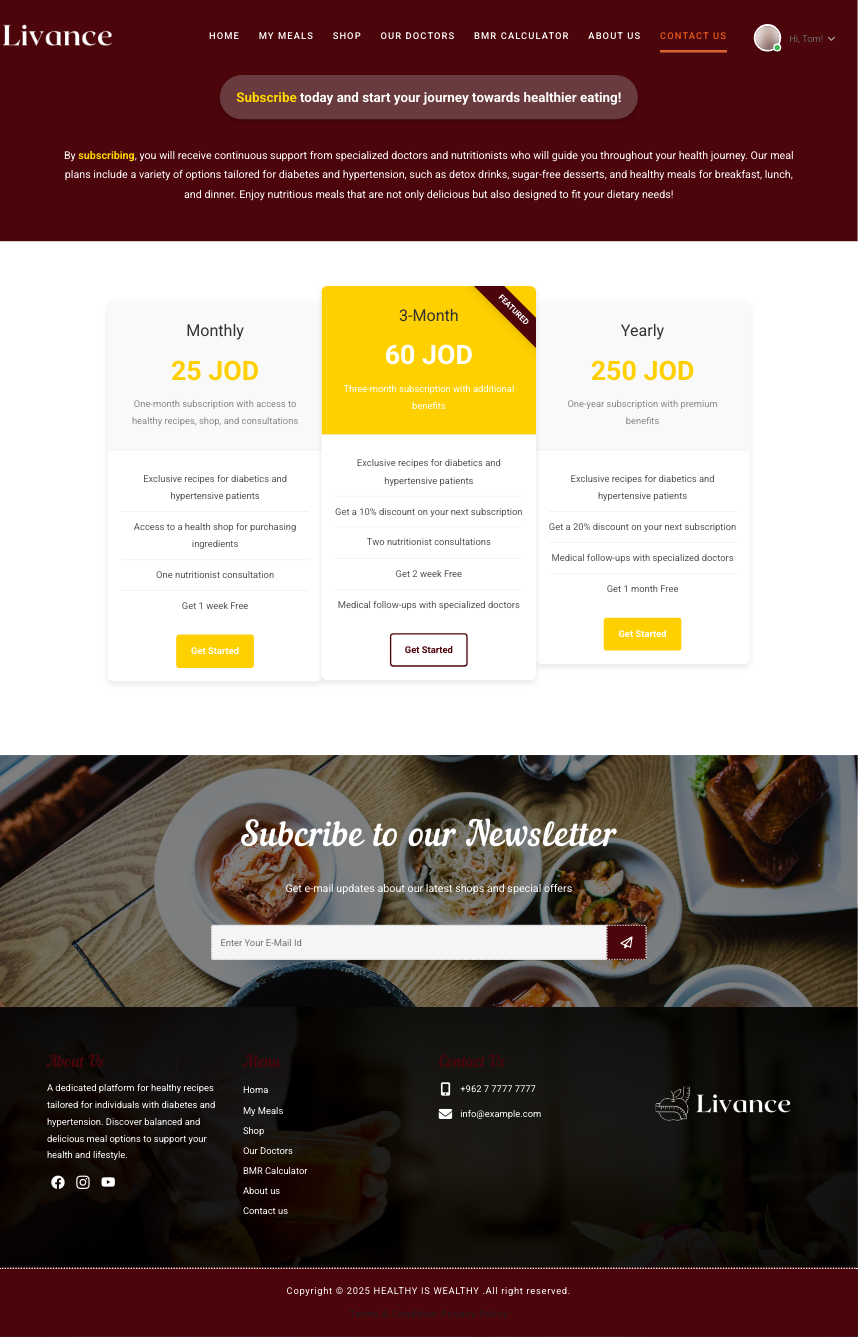
Repository: Surahailat/masterpiece
Page: masterpiece-p1/subsecribe.html
An editor plug-in stored every save of this project. The page is shown before and after the next save, followed by the edit.
The browser window is 1280 px wide. The pictures show the whole page, at 67% of full size.
Backgrounds fixed to the window are drawn as part of the page. Some web fonts or font styles are not loaded; a fallback is used. Some web libraries are served in a nearby version.

Above is the page before, as saved 2025-02-12 22:01:55.

After the next save:
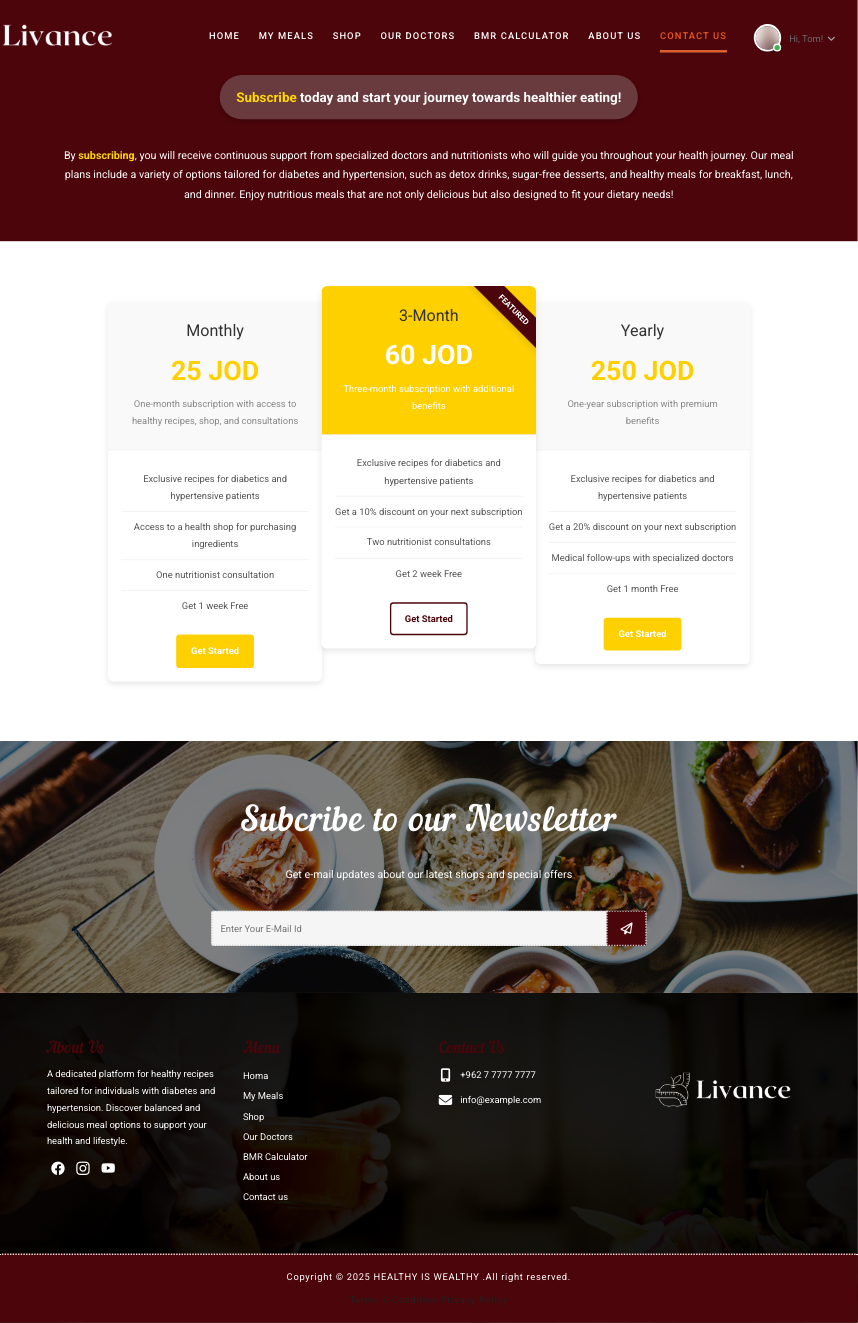
Saved 4 s later.
--- a/masterpiece-p1/subsecribe.html
+++ b/masterpiece-p1/subsecribe.html
@@ -166,7 +166,6 @@
                     <li>Get a 10% discount on your next subscription</li>
                     <li>Two nutritionist consultations</li>
                     <li>Get 2 week Free </li>
-                    <li>Medical follow-ups with specialized doctors</li>
                 </ul>
                 <a href="#">Get Started</a>
             </div>

After the 3 saves that followed:
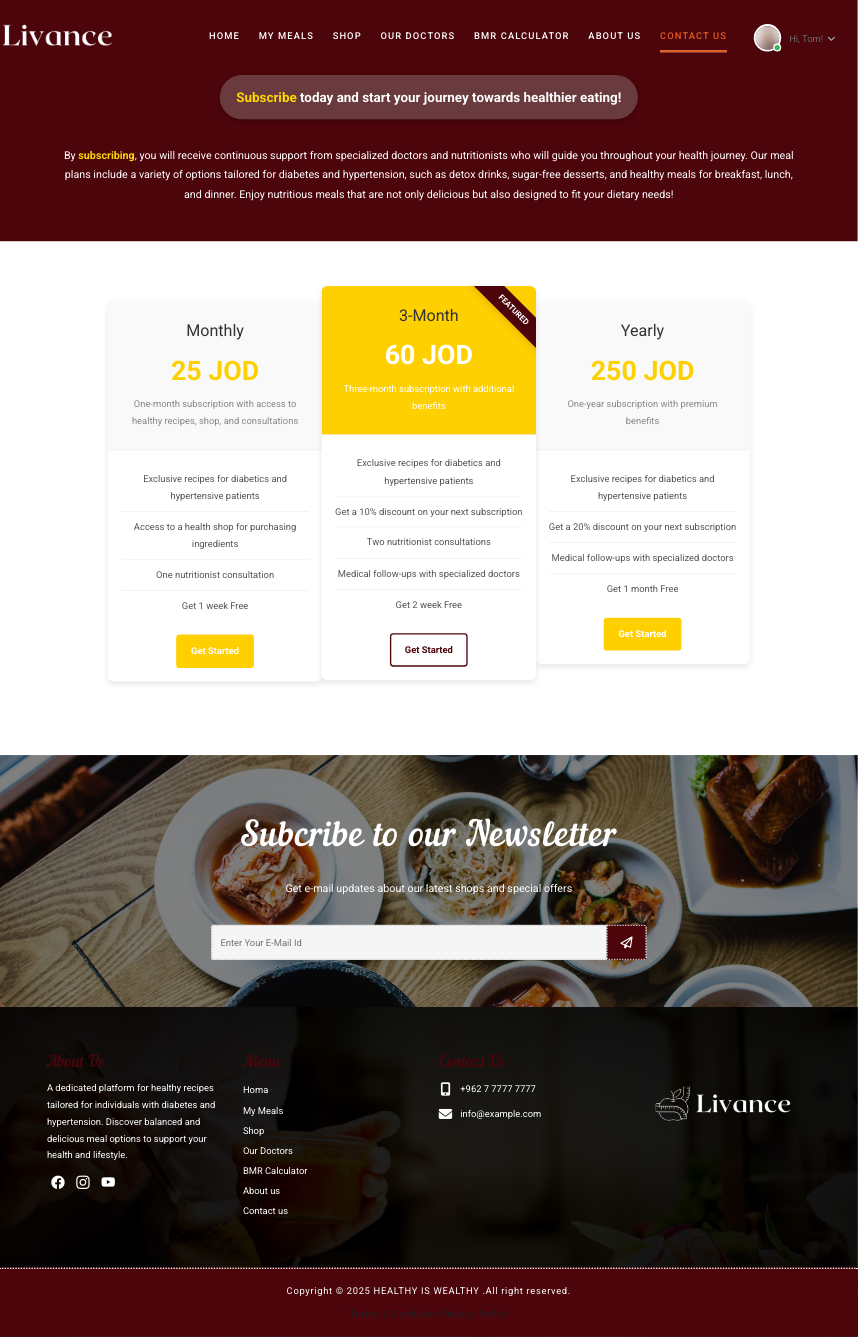
The 3 saves are shown as one change because they came seconds apart.
The last was saved 12 s later.
--- a/masterpiece-p1/subsecribe.html
+++ b/masterpiece-p1/subsecribe.html
@@ -165,6 +165,7 @@
                     <li>Exclusive recipes for diabetics and hypertensive patients</li>
                     <li>Get a 10% discount on your next subscription</li>
                     <li>Two nutritionist consultations</li>
+                    <li>Medical follow-ups with specialized doctors</li>
                     <li>Get 2 week Free </li>
                 </ul>
                 <a href="#">Get Started</a>
